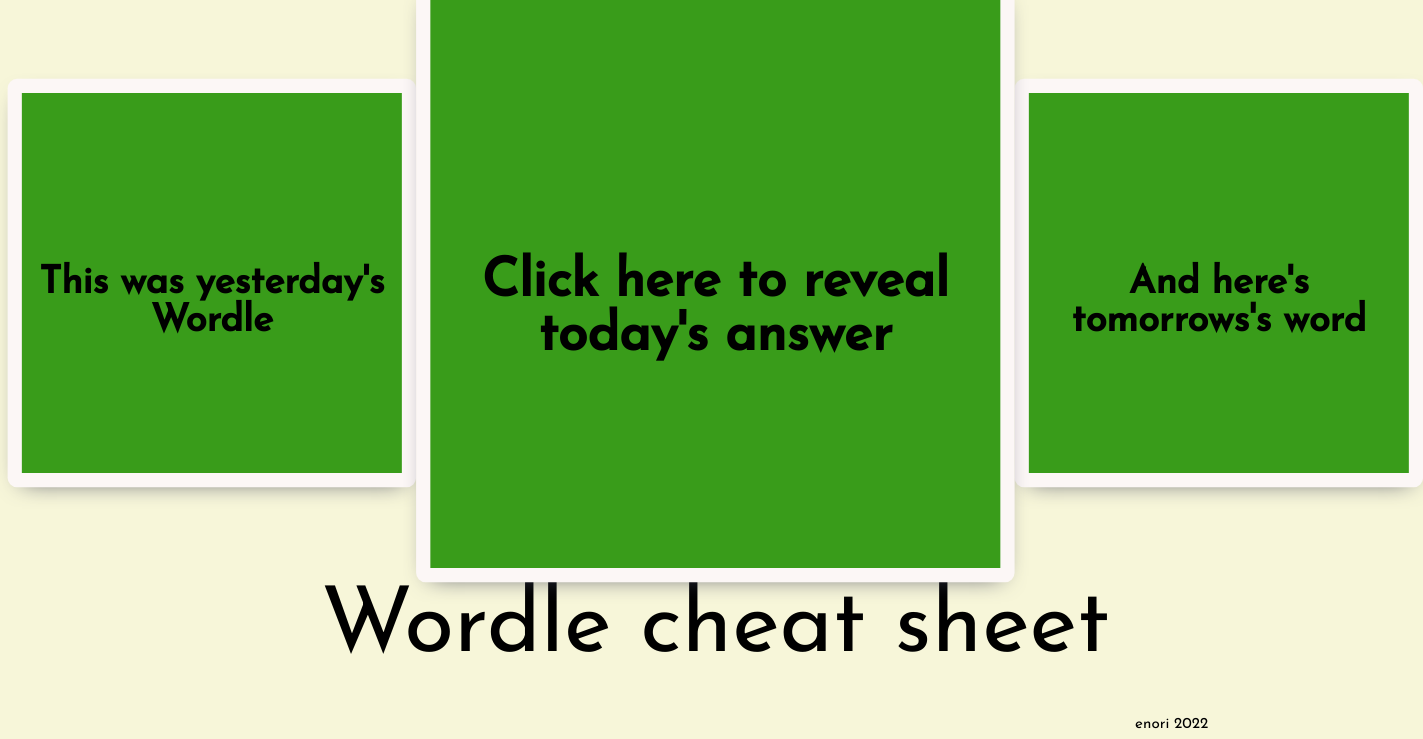
Repository: enoripl/tomorrows-wordle
Page: index.html
An editor plug-in stored every save of this project. The page is shown before and after the next save, followed by the edit.
The browser window is 1280 px wide. The page is 1498 px wide, so the pictures cover 1498 px, including what lies to the right of the window. The pictures show the whole page, at 95% of full size.

Above is the page before, as saved 2022-02-09 19:48:01.

After the next save:
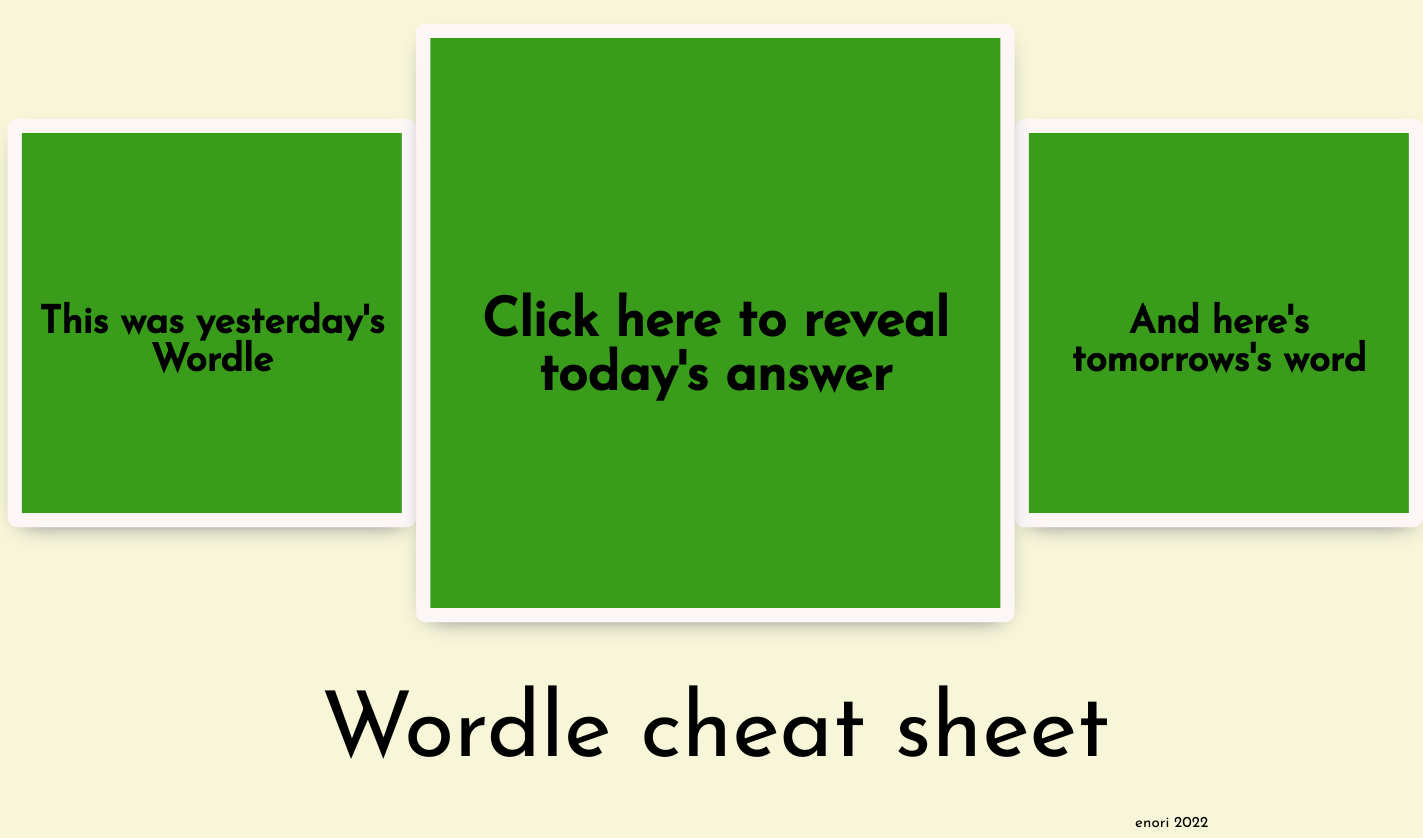
Saved 6 s later.
--- a/styles.css
+++ b/styles.css
@@ -11,7 +11,7 @@
 
 .main-content {
 display: grid;
-grid-template-rows: 80% auto;
+grid-template-rows: 80% 200px;
 }
 
 .buttons-section {
